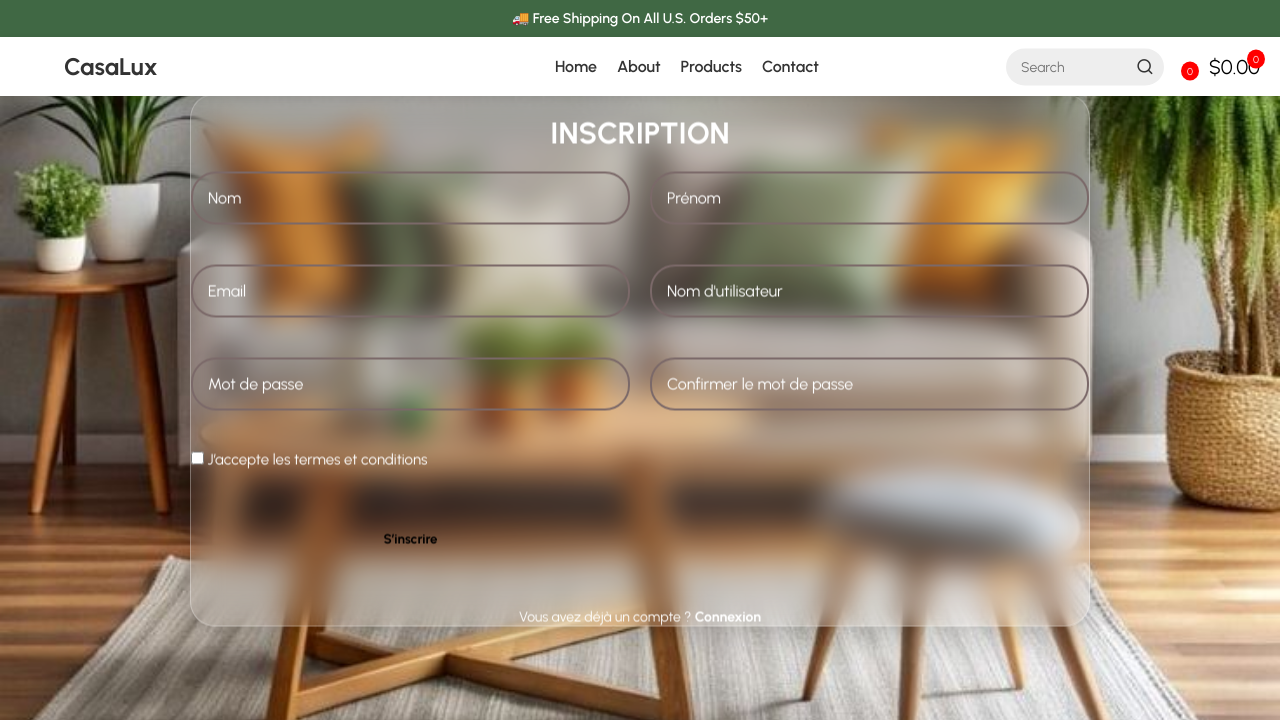
Repository: doua184/CasaLux
Page: inscription.html
These files come from the project's save history. The page is drawn as it stood at one moment and after the next save; the edit follows.
The browser window is 1280 px wide. The pictures show the whole page.
Some icons come from a web library that is not loaded, so they are not drawn. Some web libraries are served in a nearby version.

Above is the page before, as saved 2025-04-05 19:14:50.

### inscription.html
<!DOCTYPE html>
<html lang="en">
  <head>
    <meta charset="UTF-8" />
    <meta name="viewport" content="width=device-width, initial-scale=1.0" />
    <link
      href="https://cdn.jsdelivr.net/npm/remixicon@4.3.0/fonts/remixicon.css"
      rel="stylesheet"
    />
    <link
      rel="stylesheet"
      href="https://cdn.jsdelivr.net/npm/swiper@11/swiper-bundle.min.css"
    />
    <link rel="stylesheet" href="style.css" />
    <link rel="stylesheet" href="inscription.css" />

    <title>CasaLux</title>
    <!-- Google Fonts -->
    <link rel="preconnect" href="https://fonts.googleapis.com">
    <link rel="preconnect" href="https://fonts.gstatic.com" crossorigin>
    <link href="https://fonts.googleapis.com/css2?family=Urbanist:wght@400;500;600;700;800&display=swap" rel="stylesheet">
    <!-- Swiper CSS -->

<!-- Swiper JS -->
<script src="https://cdn.jsdelivr.net/npm/swiper@10/swiper-bundle.min.js"></script>


    <script type="module" src="https://cdn.jsdelivr.net/npm/@ionic/core/dist/ionic/ionic.esm.js"></script>
    <script nomodule src="https://cdn.jsdelivr.net/npm/@ionic/core/dist/ionic/ionic.js"></script>
  </head>
  <body>
    <div class="alert">
        <p class="alert-text">🚚 Free Shipping On All U.S. Orders $50+</p>
    </div>
    <nav class="nav">
        <div class="container nav__container">
            <div class="nav__logo">
                <a href="#" class="logo">CasaLux</a>
            </div>

            <ul class="nav__links" id="nav-links">
                <li><a href="#home">Home</a></li>
                <li><a href="#about">About</a></li>
                <li><a href="#product">Products</a></li>
                <li><a href="#contact">Contact</a></li>
            </ul>




        </div>
        <div class="nav__right"><div class="header-actions">
            <div class="nav__search">
                <input type="text" placeholder="Search" />
                <button class="search-btn"><i class="ri-search-line"></i></button>
            </div>

            <button class="header-action-btn" aria-label="user">
              <ion-icon name="person-outline" aria-hidden="true" aria-hidden="true"></ion-icon>
            </button>

            <button class="header-action-btn" aria-label="favourite item">
              <ion-icon name="star-outline" aria-hidden="true" aria-hidden="true"></ion-icon>

              <span class="btn-badge">0</span>
            </button>

            <button class="header-action-btn" aria-label="cart item">
              <data class="btn-text" value="0">$0.00</data>

              <ion-icon name="bag-handle-outline" aria-hidden="true" aria-hidden="true"></ion-icon>

              <span class="btn-badge">0</span>
            </button>

          </div></div>

    </nav>
    <section>
        <h1>INSCRIPTION</h1>
    <div class="champ">
        <div class="input-box">
            <input type="text" placeholder="Nom">
            <i class="fa-solid fa-user"></i>
        </div>

        <div class="input-box">
            <input type="text" placeholder="Prénom">
            <i class="fa-solid fa-user"></i>
        </div>

        <div class="input-box">
            <input type="email" placeholder="Email">
            <i class="fa-solid fa-envelope"></i>
        </div>

        <div class="input-box">
            <input type="text" placeholder="Nom d'utilisateur">
            <i class="fa-solid fa-user-circle"></i>
        </div>

        <div class="input-box">
            <input type="password" placeholder="Mot de passe">
            <i class="fa-solid fa-lock"></i>
        </div>

        <div class="input-box">
            <input type="password" placeholder="Confirmer le mot de passe">
            <i class="fa-solid fa-lock"></i>
        </div>

        <div class="remenber-forget">
            <label><input type="checkbox"> J’accepte les termes et conditions</label>
        </div>

        <button class="login-btn">S’inscrire</button>

        <div class="register-link">
            <p>Vous avez déjà un compte ? <a href="login.html">Connexion</a></p>
        </div>
    </div>

    </section>


</body>
</html>

### style.css
/* Import Google Font */
@import url('https://fonts.googleapis.com/css2?family=Urbanist:wght@400;500;600;700;800&display=swap');

/* Reset & Global Styles */
* {
    margin: 0;
    padding: 0;
    box-sizing: border-box;
    font-family: 'Urbanist', sans-serif; /* Ajout de la famille sans-serif comme fallback */
}

body {
    background-color: #fff; /* Couleur de fond standard */
    overflow-x: hidden; /* Empêcher le défilement horizontal */
}

/* Alert Banner */
.alert {
    background-color: #406844;
    color: white;
    font-size: 14px;
    text-align: center;
    padding: 10px 0;
    font-weight: 600;
}

/* Navigation */
.nav {
    background: #fff;
    padding: 15px 0;
    box-shadow: 0px 2px 10px rgba(0, 0, 0, 0.1);
    position: sticky;
    top: 0;
    width: 100%;
    z-index: 1000;
}

.nav__container {
    width: 90%;
    max-width: 1200px;
    margin: 0 auto;
    display: flex;
    justify-content: space-between;
    align-items: center;
    position: relative;
}

.logo {
    font-size: 24px;
    font-weight: 700;
    text-decoration: none;
    color: #333;
}

/* Navigation Links */
.nav__links {
  list-style: none; /* Retirer les puces de la liste */
  display: flex; /* Utiliser flexbox pour les éléments enfants */
  gap: 20px; /* Espacement entre les éléments */
  justify-content: center; /* Centrer les éléments horizontalement */
  align-items: center; /* Optionnel : centrer verticalement les éléments */
  width: 100%;
}

.nav__links li {
    display: inline-block;
}

.nav__links a {
    text-decoration: none;
    font-size: 16px;
    color: #333;
    font-weight: 600;
    transition: color 0.3s ease-in-out;
    display: inline-block;
}

.nav__links a:hover {
    text-decoration: underline;
    color: #b8b399;
    transition: 0.3s;
}

/* Search Bar */
.nav__search {
    display: flex;
    align-items: center;
    background: #eee;
    padding: 5px 10px;
    border-radius: 20px;
}

.nav__search input {
    border: none;
    background: transparent;
    outline: none;
    padding: 5px;
    font-size: 14px;
    width: 120px;
    transition: width 0.3s ease-in-out; /* Transition pour l'input au focus */
}

.nav__search input:focus {
    width: 200px; /* Extension du champ de recherche au focus */
}

.search-btn {
    background: transparent;
    border: none;
    cursor: pointer;
    font-size: 18px;
    color: #333;
}

/* Header Actions */
.header-actions {
    display: flex;
    gap: 15px;
    font-size: 20px;
    align-items: center;
    position: absolute;
    right: 20px; /* Ajustement pour positionner plus précisément */
    top: 50%;
    transform: translateY(-50%);
}

.header-action-btn {
    font-size: 20px;
    background: none;
    border: none;
    cursor: pointer;
    position: relative;
    transition: color 0.3s ease-in-out;
}

.header-action-btn:hover {
    color: #b8b399;
}

.btn-badge {
    position: absolute;
    top: -5px;
    right: -5px;
    background: #ff0000;
    color: white;
    font-size: 10px;
    padding: 3px 6px;
    border-radius: 50%;
}

/* Ajustement du texte */
.header__container {
    display: grid;
    place-items: left; /* Centrer le contenu à la fois horizontalement et verticalement */
    background-image: url('imagee.jpg');
    background-size: cover;
    background-position: left;
    height: 100vh; /* Remplir l'écran */
    overflow: hidden;
    color: #fff; /* Textes clairs pour contraster avec l'arrière-plan */
}

/* Ajout de quelques améliorations globales */
a {
    color: inherit; /* Assurer une couleur de texte cohérente */
    text-decoration: none; /* Pour que les liens n'aient pas de soulignement par défaut */
}

button {
    background: none;
    border: none;
    cursor: pointer;
}

input, textarea {
    font-family: inherit; /* Garder la même police dans les champs de texte */
    font-size: inherit;
}


.header__image img {
    max-width: 900px;
    margin-left: auto;
}

.header__content {
    grid-area: 1/1/2/2;
    display: flex;
    align-items: center;
    justify-content: center; /* Ajouté pour centrer le contenu */
    padding: 2rem;
    z-index: 1; /* S'assurer que le contenu est au-dessus de l'image */
}

.header__content > div {
    max-width: 500px;
    padding: 4rem 1rem;
    background-color: rgba(255, 255, 255, 0.5);
    backdrop-filter: blur(10px);
    z-index: 2; /* S'assurer que le texte est au-dessus du fond */
    position: relative;
    right: 15%;
}


.header__content h1 {
    margin-bottom: 1rem;
    font-size: 4rem;
    font-weight: 600;
    font-family: var(--header-font);
    color: #16400a;
    animation: fadeInUp 2s forwards;
}

.header__content p {
    font-size: 1.2rem;
    color: #346531;
    animation: fadeInUp 20s forwards;
}
.header__content {
    grid-area: 1/1/2/2;
    display: flex;
    align-items: center;
    opacity: 0;
    transform: translateY(40px);
    animation: fadeInUp 3s forwards; }
  /* Animation fadeInUp */
  @keyframes fadeInUp {
    0% {
      opacity: 0;
      transform: translateY(20px);
    }
    100% {
      opacity: 1;
      transform: translateY(0);
    }
  }
  .deals__container {
    gap: 2rem;
    display: flex;
    justify-content: center;
    padding-inline: 10px;
  }
  .deals__container {
    gap: 2rem;
    display: flex;
    justify-content: center;
    padding-inline: 10px;
  }

  .deals__card span {
    display: inline-block;
    margin-bottom: 0.5rem;
    font-size: 2rem;
  }

  .deals__card h4 {
    margin-bottom: 0.5rem;
    font-size: 1.2rem;
    font-weight: 600;
    color: var(--text-dark);
  }

  .deals__card p {
    color: var(--text-light);
  }
 /* Animation de base pour la visibilité au défilement */
.deals__card {
    opacity: 0;
    transform: translateY(50px);
    transition: opacity 0.5s ease, transform 0.5s ease;
  }

  .deals__card.visible {
    opacity: 1;
    transform: translateY(0);
  }



  .deals__container {
    display: flex;
    flex-wrap: wrap;
    justify-content: space-between;
  }

  .deals__card {
    background: #f8f8f8;
    padding: 20px;
    margin: 15px;
    border-radius: 8px;
    width: 22%;
    box-shadow: 0 4px 8px rgba(0, 0, 0, 0.1);
  }

  .deals__card h4 {
    font-weight: 600;
    margin-bottom: 10px;
  }

  .deals__card p {
    font-weight: 400;
  }

  .deals__card span {
    font-size: 1.5em;
    margin-bottom: 10px;
  }


    .deals__card {
      width: 20%;
    }
    /* Animation de base pour la visibilité au défilement */
.deals__card {
    opacity: 0;
    transform: translateY(50px);
    transition: opacity 5s ease, transform 5s ease;
  }


.deals__card.visible {
    opacity: 1;
    transform: translateY(0);
}

/* Section principale */
.about__header {
  display: flex;
  flex-direction: column;
  gap: 2rem;
  position: relative;
  margin: 20px;
}

/* Bouton d'action */
.about__btn {
  position: absolute;
  top: 10px;
  right: 10px;
  padding: 10px 20px;
  background-color: #2d4d40;
  color: white;
  border: none;
  border-radius: 5px;
  cursor: pointer;
  font-size: 1rem;
  transition: background-color 0.3s ease-in-out;
}

.about__btn:hover {
  background-color: #1f362c;
}

/* Contenu général */
.about__content {
  margin-top: 2rem;
  display: grid;
  grid-template-columns: 1fr 1fr;
  gap: 2rem;
  padding: 1rem;
}

/* Image unique */
.about__image img {
  width: 95%;
  object-fit: cover;
  transition: transform 0.3s ease-in-out;
  padding-left:30px ;
}

.about__image img:hover {
  transform: scale(1.05);
}

/* Grille globale */
.about__grid {
  display: grid;
  gap: 2rem;
  padding: 1rem;
}

/* Cartes en grille 2 colonnes */
.about__cards {
  display: grid;
  grid-template-columns: repeat(2, 1fr);
  gap: 1rem;
}

.about__card {
  background-color: #ffffff;
  padding: 2rem;
  border-radius: 10px;
  transition: transform 0.3s ease-in-out, box-shadow 0.3s ease-in-out;
  opacity: 0;
  animation: fadeInUp 6s ease-out forwards;
}

/* Délais d'affichage décalés */
.about__card:nth-child(1) { animation-delay: 1s; }
.about__card:nth-child(2) { animation-delay: 2s; }
.about__card:nth-child(3) { animation-delay: 3s; }
.about__card:nth-child(4) { animation-delay: 4s; }

.about__card:hover {
  transform: translateY(-5px);
  box-shadow: 0 12px 25px rgba(0, 0, 0, 0.15);
}


.about__card h3 {
  margin-bottom: 0.5rem;
  font-size: 1.75rem;
  font-weight: 700;
  color: #1a5e1a;
}



.about__card p {
  color: #444;
  font-size: 1rem;
  line-height: 1.6;
}

@keyframes fadeInUp {
  from {
    opacity: 0;
    transform: translateY(50px);
  }
  to {
    opacity: 1;
    transform: translateY(0);
  }
}
.about-intro {
  display: flex;
  flex-direction: column;
  align-items: center;
  justify-content: center;
  text-align: center;
  padding: 0rem;
  max-width: 900px;
  animation: fadeInUp 1.5s ease-out forwards;
  opacity: 0;
  margin: 0 auto;
  height: 100%;
  padding-top: 20px;
}

.about-intro h2 {
  font-size: 2rem;
  color: #654a1b;
  margin-bottom: 1rem;
}

/* Paragraphe */
.about-intro p {
  font-size: 20PX;
  color: #444;
  max-width: 900px;


}



.product__grid {
  margin-top: 4rem;
  display: grid;
  grid-template-columns: 1fr 1fr 1fr;
  gap: 2rem;
}

.product__card {
  position: relative;
  isolation: isolate;
  padding: 2rem;
}

.product__card::before {
  position: absolute;
  content: "";
  top: 0;
  left: 0;
  width: 100%;
  height: 65%;
  background-color: rgba(130, 130, 130, 0.205);
  z-index: -1;
  transition: 0.3s;
}

.product__card:hover::before {
  height: 100%;
}

.product__card h4 {
  font-size: 2rem;
  font-weight: 500px;
  color: rgb(59, 92, 59);
  justify-content: center;
}

.titre{
  font-size: 2rem;
  color: #654a1b;
  text-align: center; /* Centre le texte horizontalement */
  text-decoration: underline;
  position: relative;
  padding-top: 20px;

}
.product__card p {
  margin-bottom: 2rem;
  font-size: 1.2rem;
  color: black;
}

.product__card img {
  max-width: 275px;
  margin-inline: auto;}
/* Section Container */
.section__container {
  padding: 50px 0;
  background-color: #f8f8f8;
}

.client__container {
  max-width: 1200px;
  margin: 0 auto;
  padding: 0 20px;

}

/* Content */
.client__content {
  text-align: center;
}

/* Section Header */
.section__header {
  font-size: 2.5rem;
  font-weight: 600;
  color: #333;
  margin-bottom: 10px;
}

.section__description {
  font-size: 1.1rem;
  color: #777;
  margin-bottom: 40px;
}

/* Slider */
.swiper {
  max-width: 100%;
  overflow: hidden;
  size: 200px;

}

.swiper-wrapper {
  display: flex;
  transition: transform 0.3s ease-in-out;
}

/* Slides */
.swiper-slide {
  flex-shrink: 0;
  width: 100%;
  padding: 0 15px;

}

.client__card {
  background-color: #fff;
  padding: 20px;
  max-width: 100%;
  box-shadow: 0 2px 10px rgba(0, 0, 0, 0.1);
  border-radius: 10px;
  text-align: center;
  background-color: #b8b8b825;
  transition: transform 0.3s ease, background-color 0.3s ease;
}


.client__card:hover {
  transform: scale(1.1); /* Augmenter la taille à 110% */
}
.What{
  color: #346531;
  font-size: xx-large;
}

.client__card img {
  width: 80px;
  height: 80px;
  border-radius: 40%;
  object-fit: cover;
  margin-bottom: 15px;
}

.client__card p {
  font-size: 1rem;
  color: #2f3230;
  margin-bottom: 15px;
}

.client__card h4 {
  font-size: 1.2rem;
  font-weight: 600;
  color: #284629;
  margin-bottom: 5px;
}

.client__card h5 {
  font-size: 1rem;
  color: #757171;
}

/* Footer Styles */
.footer {
  background-color: #ffffff;
  color: white;
  padding: 50px 0;
  font-family: 'Urbanist', sans-serif;
}

.footer__container {
  display: flex;
  flex-wrap: wrap;
  justify-content: space-between;
  gap: 40px;
  width: 90%;
  background-color: #406844;
  max-width: 1200px;
  margin: 2px auto;
  padding: 7px;
}

.footer__col {
  flex: 1;
  min-width: 250px;
}

.footer__logo {
  font-size: 24px;
  font-weight: 700;
  color: #fff;
  margin-bottom: 20px;
}

.footer__logo a {
  text-decoration: none;
  color: #fff;
}

.footer__socials {
  list-style: none;
  display: flex;
  gap: 15px;
  margin-top: 20px;
}

.footer__socials li a {
  color: white;
  font-size: 20px;
  transition: color 0.3s ease;
}

.footer__socials li a:hover {
  color: #b8b399;
}

.footer__col h4 {
  font-size: 18px;
  margin-bottom: 15px;
  font-weight: 600;
}

.footer__links {
  list-style: none;
  padding: 0;
}

.footer__links li {
  margin: 10px 0;
}

.footer__links a {
  text-decoration: none;
  color: white;
  font-size: 14px;
  transition: color 0.3s ease;
}

.footer__links a:hover {
  color: #b8b399;
}

/* Footer Bottom Bar */
.footer__bar {
  text-align: center;
  padding: 20px 0;
  background-color: #406844;
  font-size: 14px;
  font-weight: 500;
  color: #ccc;
  margin-top: 40px;
}

### inscription.css
@import url('https://fonts.googleapis.com/css2?family=Urbanist:wght@400;500;600;700;800&display=swap');

/* Reset & Global Styles */
* {
    margin: 0;
    padding: 0;
    box-sizing: border-box;
    font-family: 'Urbanist', sans-serif;
}

body {
    background-color: #fff;
    overflow-x: hidden;
    background-image: url("image3.jpg");
    background-size: cover;
    background-position: center;
}

/* Alert Banner */
.alert {
    background-color: #406844;
    color: white;
    font-size: 14px;
    text-align: center;
    padding: 10px 0;
    font-weight: 600;
}

/* Navigation */
.nav {
    background: #fff;
    padding: 15px 0;
    box-shadow: 0px 2px 10px rgba(0, 0, 0, 0.1);
    position: sticky;
    top: 0;
    width: 100%;
    z-index: 1000;
}

.nav__container {
    width: 90%;
    max-width: 1200px;
    margin: 0 auto;
    display: flex;
    justify-content: space-between;
    align-items: center;
    position: relative;
}

.logo {
    font-size: 24px;
    font-weight: 700;
    text-decoration: none;
    color: #333;
}

/* Navigation Links */
.nav__links {
    list-style: none;
    display: flex;
    gap: 20px;
    justify-content: center;
    align-items: center;
    width: 100%;
}

.nav__links li {
    display: inline-block;
}

.nav__links a {
    text-decoration: none;
    font-size: 16px;
    color: #333;
    font-weight: 600;
    transition: color 0.3s ease-in-out;
    display: inline-block;
}

.nav__links a:hover {
    text-decoration: underline;
    color: #b8b399;
}

/* Search Bar */
.nav__search {
    display: flex;
    align-items: center;
    background: #eee;
    padding: 5px 10px;
    border-radius: 20px;
}

.nav__search input {
    border: none;
    background: transparent;
    outline: none;
    padding: 5px;
    font-size: 14px;
    width: 120px;
    transition: width 0.3s ease-in-out;
}

.nav__search input:focus {
    width: 200px;
}

.search-btn {
    background: transparent;
    border: none;
    cursor: pointer;
    font-size: 18px;
    color: #333;
}

/* Form Section */
section {
    background-color: rgba(255, 255, 255, 0.08);
    border: 1.5px solid rgba(255, 255, 255, 0.3);
    backdrop-filter: blur(15px);
    padding-top: 20px;
    max-width: 900px;
    width: 95%;
    border-radius: 25px;
    position: absolute;
    top: 50%;
    left: 50%;
    transform: translate(-50%, -50%);
    box-shadow: 0 8px 32px rgba(0, 0, 0, 0.2);
    box-sizing: border-box;

}

section h1 {
    font-size: 30px;
    text-align: center;
    color: white;
    margin-bottom: 20px;
}

.champ {
    display: grid;
    grid-template-columns: repeat(auto-fit, minmax(300px, 1fr));
    gap: 20px;
}

.input-box {
    width: 100%;
    position: relative;
    margin-bottom: 20px;
}

.input-box input {
    width: 100%;
    padding: 15px;
    border-radius: 25px;
    outline: none;
    background-color: transparent;
    border: 2px solid rgb(123, 105, 105);
    color: white;
    padding-right: 40px;
}

.input-box input::placeholder {
    color: white;
}

.input-box i {
    position: absolute;
    transform: translateY(-50%);
    right: 20px;
    top: 50%;
    color: white;
}

/* Checkbox + Link */
.remenber-forget {
    grid-column: 1 / -1;
    display: flex;
    align-items: center;
    font-size: 15px;
    color: white;
    margin-bottom: 25px;
    gap: 10px;
}

/* Register + Login Buttons */
.login-btn {
    width: 100%;
    padding: 15px;
    border-radius: 25px;
    outline: none;
    border: 0;
    font-weight: bold;
    cursor: pointer;
    border: 2px solid transparent;
    transition: 0.5s;
}

.login-btn:hover {
    background-color: transparent;
    border: 2px solid rgb(105, 96, 96);
    color: white;
}

.register-link {
    grid-column: 1 / -1;
    text-align: center;
    margin-top: 25px;
    color: white;
    font-size: 14px;
}

.register-link a,
.remenber-forget a {
    color: white;
    text-decoration: none;
    font-weight: bold;
    transition: 0.3s;
}

.register-link a:hover,
.remenber-forget a:hover {
    text-decoration: underline;
}

After the next save:
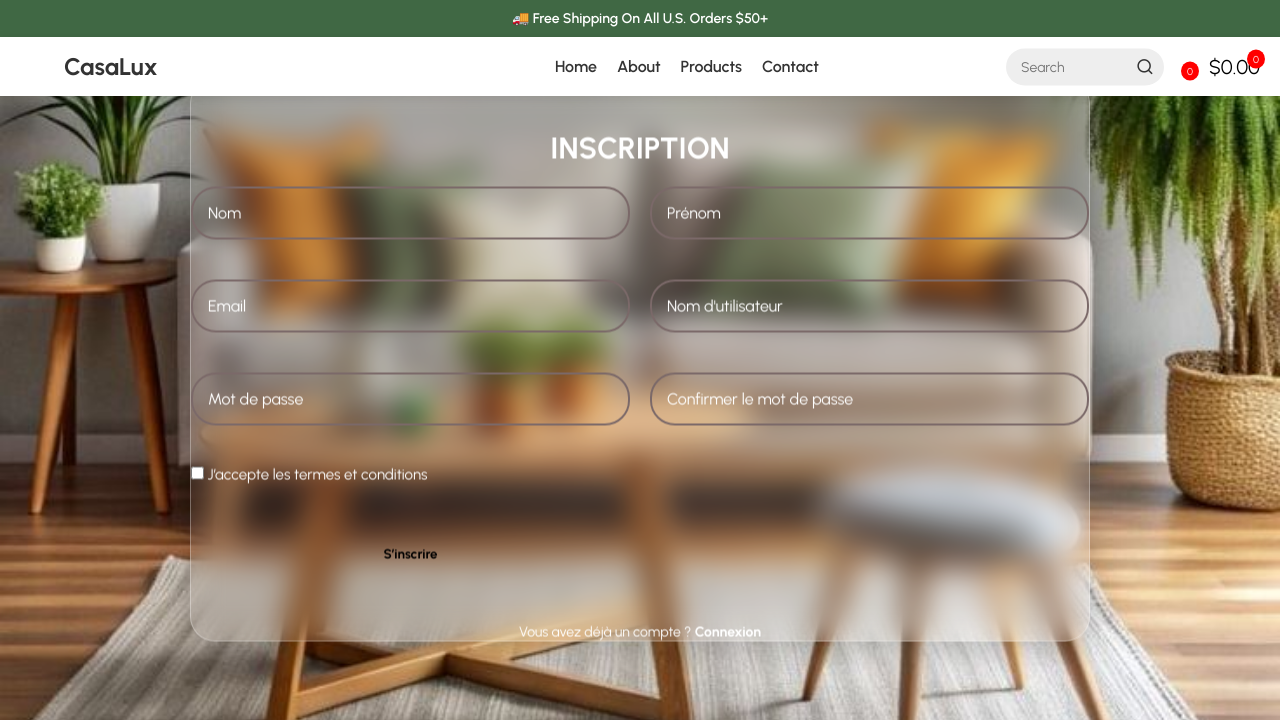
Saved 12 s later.
--- a/inscription.css
+++ b/inscription.css
@@ -118,7 +118,7 @@ section {
     background-color: rgba(255, 255, 255, 0.08);
     border: 1.5px solid rgba(255, 255, 255, 0.3);
     backdrop-filter: blur(15px);
-    padding-top: 20px;
+    padding-top: 50px;
     max-width: 900px;
     width: 95%;
     border-radius: 25px;
